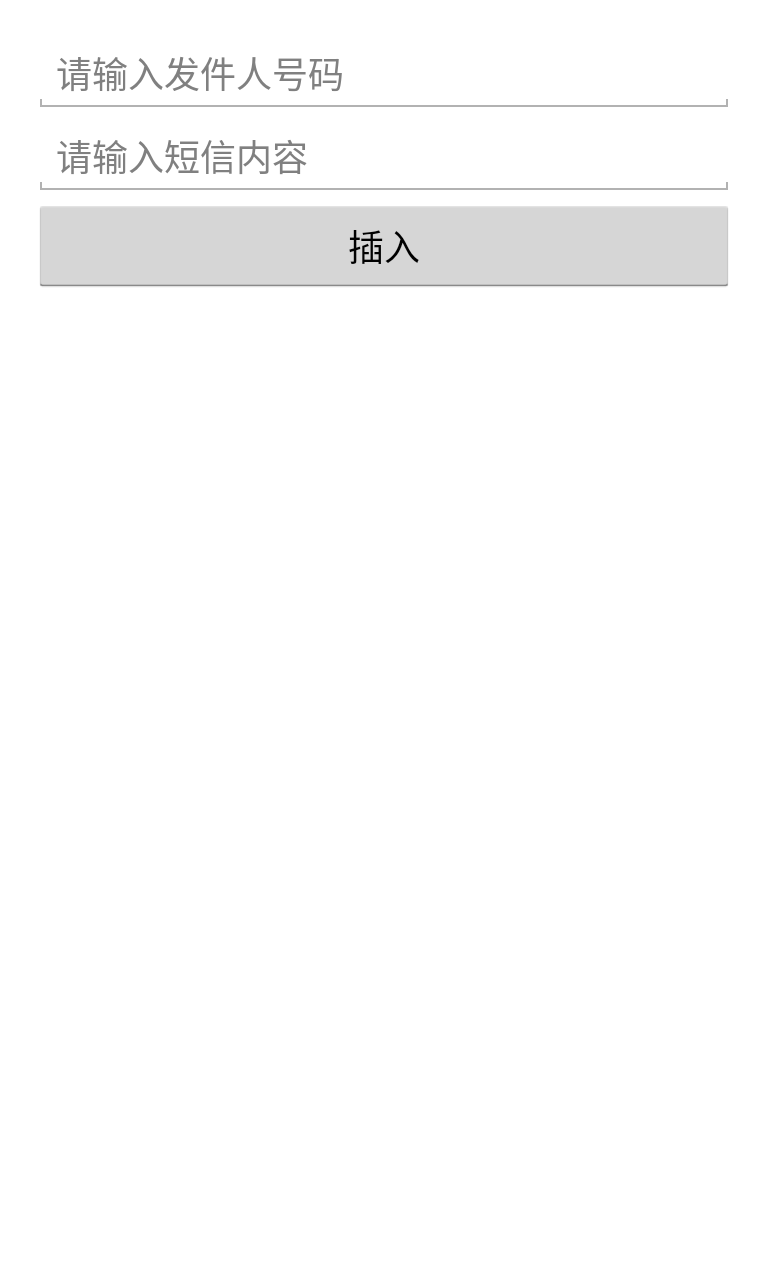
Repository: xfhy/Usually-learn-Android
Layout: ContentProvider 内容提供者/4.使用内容解析者往短信数据库插入数据/res/layout/activity_main.xml
An editor plug-in stored every save of this project. The layout is shown before and after the next save, followed by the edit.
It is drawn on a 768 x 1280 px phone screen (xhdpi) without system bars, with theme AppTheme; the app's code is not run.

Above is the layout before, as saved 2017-02-05 07:05:51.

After the next save:
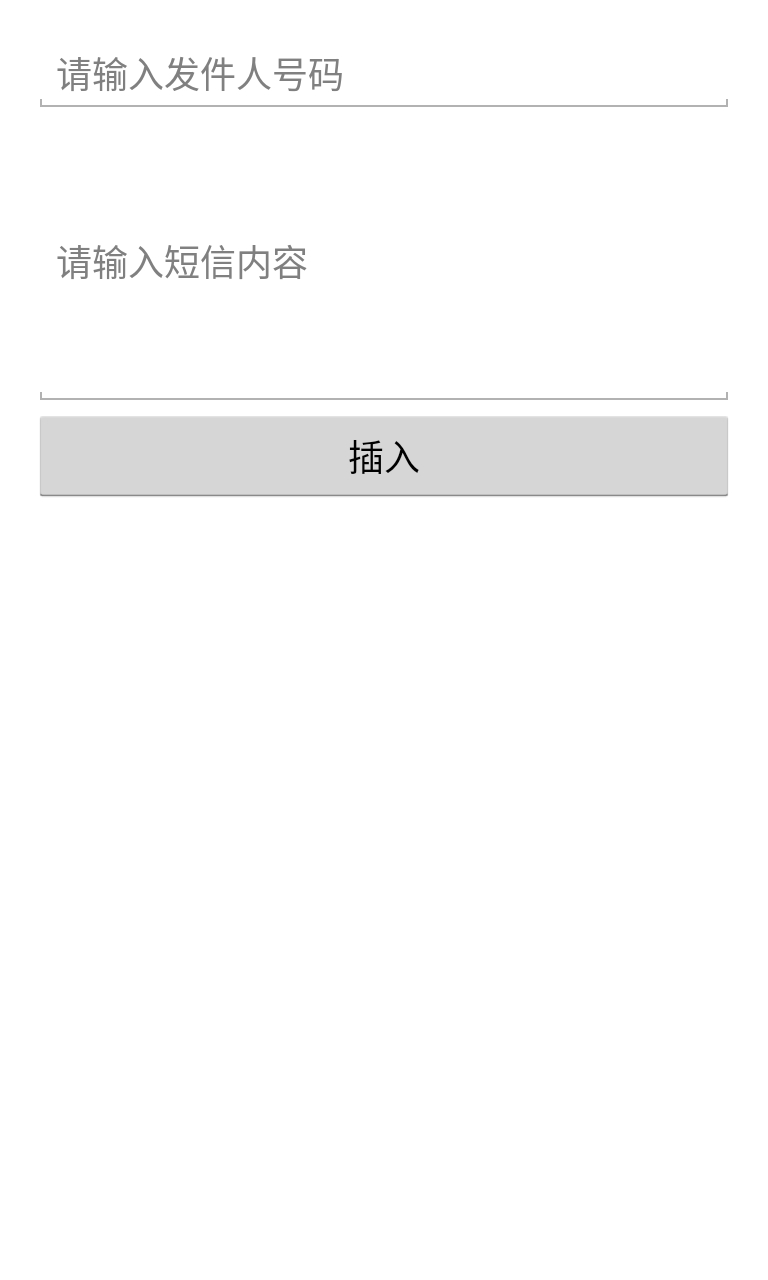
Saved 14 s later.
--- a/ContentProvider 内容提供者/4.使用内容解析者往短信数据库插入数据/res/layout/activity_main.xml
+++ b/ContentProvider 内容提供者/4.使用内容解析者往短信数据库插入数据/res/layout/activity_main.xml
@@ -17,6 +17,7 @@
     <EditText
          android:layout_width="fill_parent"
         android:layout_height="wrap_content"
+        android:lines="6"
         android:hint="请输入短信内容"/>
 
     <Button
